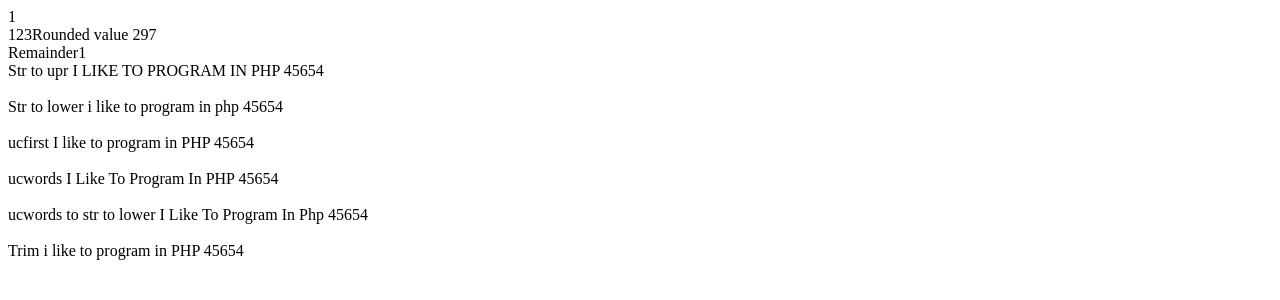
Repository: ramasubbaiya/PHP_Term_1_Course_Work
Page: http://localhost/SandBox/work.php
An editor plug-in stored every save of this project. The page is shown before and after the next save, followed by the edit.
The browser window is 1280 px wide. The pictures show the whole page.
The page is run by PHP 8.4 with error messages shown; the project is at /var/www/html/.

Above is the page before, as saved 2015-04-21 14:07:58.

### ZendStudio/Lambton/SandBox/work.php
<?php
$EnteredValue="123";
if(is_numeric($EnteredValue)){
    $NumericValue=$EnteredValue;
    echo is_numeric($EnteredValue).'<br>';
}
else{
   $NumericValue=intval($EnteredValue);
   echo 'hi'.intval($EnteredValue).'<br>';

}


echo $EnteredValue;

$round=297;

echo 'Rounded value '.round($round).'<br>';

echo 'Remainder'.$round%2 .'<br>';


$string = "i like to program in PHP 45654".'<br>';
$a = strtoupper($string);
$b = strtolower($string);
$c = ucfirst($string);
$d = ucwords($string);
$e = ucwords(strtolower($string));


echo  "Str to upr  ".$a.'<br>';

echo  "Str to lower  ".$b.'<br>';

echo  "ucfirst  ".$c.'<br>';

echo  "ucwords  ".$d.'<br>';

echo  "ucwords to str to lower ".$e.'<br>';

echo "Trim  ".trim($string);

After the next save:
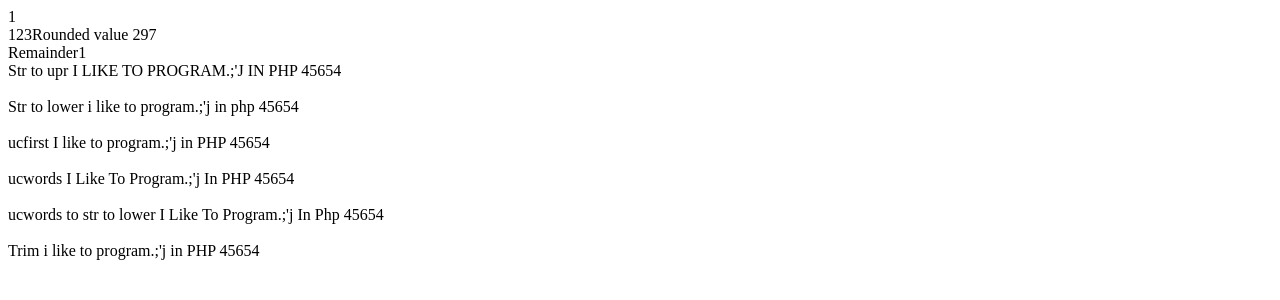
Saved 2 min 23 s later.
--- a/ZendStudio/Lambton/SandBox/work.php
+++ b/ZendStudio/Lambton/SandBox/work.php
@@ -20,7 +20,7 @@ echo 'Rounded value '.round($round).'<br>';
 echo 'Remainder'.$round%2 .'<br>';
 
 
-$string = "i like to program in PHP 45654".'<br>';
+$string = "i like to program.;'j in PHP 45654".'<br>';
 $a = strtoupper($string);
 $b = strtolower($string);
 $c = ucfirst($string);
